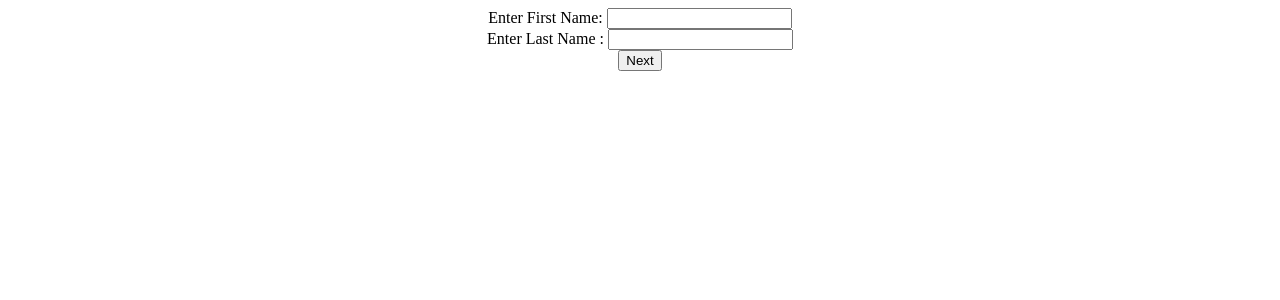
Repository: StarCoder09/JavaWorkspace
Page: Session_demo/src/main/webapp/one.html
The author's editor kept a copy of each file at every save. The page is drawn from the files as they stood at one save, then again after the next save.
The browser window is 1280 px wide. The pictures show the whole page.

Above is the page before, as saved 2021-06-29 05:39:09.

After the next save:
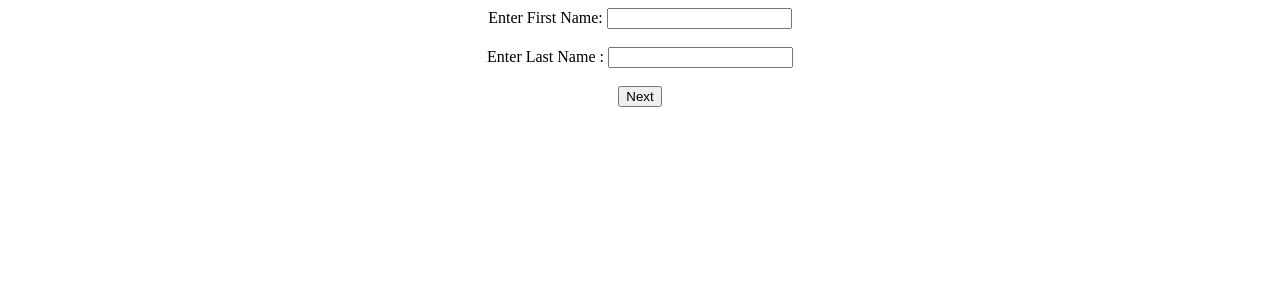
Saved 60 s later.
--- a/Session_demo/src/main/webapp/one.html
+++ b/Session_demo/src/main/webapp/one.html
@@ -8,9 +8,9 @@
 		<div align="center">
 			<form action="FirstServlet" method="post">
 				Enter First Name: <input type="text" name="fname">
-				<br/>
+				<br/><br/>
 				Enter Last Name : <input type="text" name="lname">
-				<br/>
+				<br/><br/>
 				<input type="submit" value="Next">
 			</form>
 		</div>
